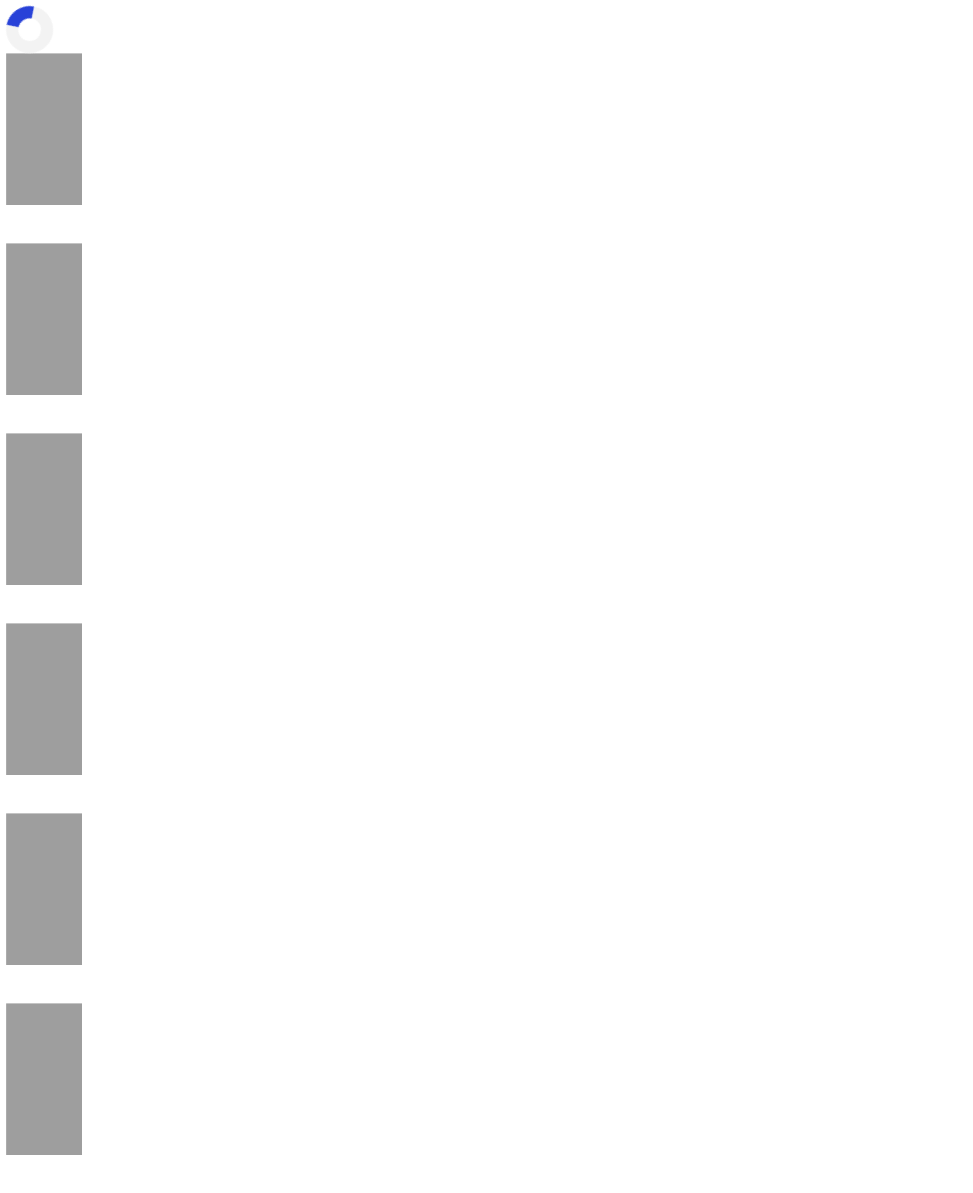
Repository: 1166544/c-toural
Page: packages/test.html
The author's editor kept a copy of each file at every save. The page is drawn from the files as they stood at one save, then again after a run of saves.
The browser window is 1280 px wide. The pictures show the whole page, at 76% of full size.
Pictures or frames that could not be fetched are drawn as grey boxes.

Above is the page before, as saved 2021-01-04 11:26:21.

### packages/test.html
<!DOCTYPE html>

<head>
    <meta charset="UTF-8">
    <title>xxds</title>
    <style>
        .image-item {
            display: block;
            margin-bottom: 50px;
            height: 200px;
            width: 100px;
        }
        .rotate-animate {
            border: 16px solid #f3f3f3;
            border-radius: 50%;
            border-top: 16px solid #2842d8;
            width: 30px;
            height: 30px;
            animation: rotate 3s linear infinite;
        }
        .rotate-animate .fill-color {
            margin-left: 20px;
            border-color: #2842d8 #d1b516 #cf4928 #27c965;
        }
        @keyframes rotate {
            0% {
                transform: rotate(0deg);
            }
            100% {
                transform: rotate(360deg);
            }
        }
    </style>
</head>

<body>
    <div class="rotate-animate"></div>
    <!-- <div class="rotate-animate fill-color"></div> -->
    <img src="" class="image-item" lazyload="true" data-original="https://box.bdimg.com/static/fisp_static/common/img/searchbox/logo_news_276_88_1f9876a.png">
    <img src="" class="image-item" lazyload="true" data-original="https://box.bdimg.com/static/fisp_static/common/img/searchbox/logo_news_276_88_1f9876a.png">
    <img src="" class="image-item" lazyload="true" data-original="https://box.bdimg.com/static/fisp_static/common/img/searchbox/logo_news_276_88_1f9876a.png">
    <img src="" class="image-item" lazyload="true" data-original="https://box.bdimg.com/static/fisp_static/common/img/searchbox/logo_news_276_88_1f9876a.png">
    <img src="" class="image-item" lazyload="true" data-original="https://box.bdimg.com/static/fisp_static/common/img/searchbox/logo_news_276_88_1f9876a.png">
    <img src="" class="image-item" lazyload="true" data-original="https://box.bdimg.com/static/fisp_static/common/img/searchbox/logo_news_276_88_1f9876a.png">
    <script>
        // 获取可视区高度
        var viewHeight = document.documentElement.clientHeight;

        function lazyload() {
            var eles = document.querySelectorAll('img[data-original][lazyload]');
            Array.prototype.forEach.call(eles, function(item, index) {
                var rect;
                if (item.dataset.original) {
                    // 用户获得页面中某个元素左、上、右、下分别相关浏览器视窗的位置
                    rect = item.getBoundingClientRect();

                    if (rect.bottom >= 0 && rect.top < viewHeight) {
                        var img = new Image();
                        img.src = item.dataset.original;
                        img.onload = function() {
                                item.src = img.src;
                            }
                            // 移除属性，下次不再遍历
                        item.removeAttribute('data-original');
                        item.removeAttribute('lazyload');
                    }
                }

            });
        }

        // 开始未滚动时，要先触发一次，初始化首页页面图片
        lazyload();
        document.addEventListener('scroll', lazyload);
    </script>
</body>

</html>

After the next 2 saves:
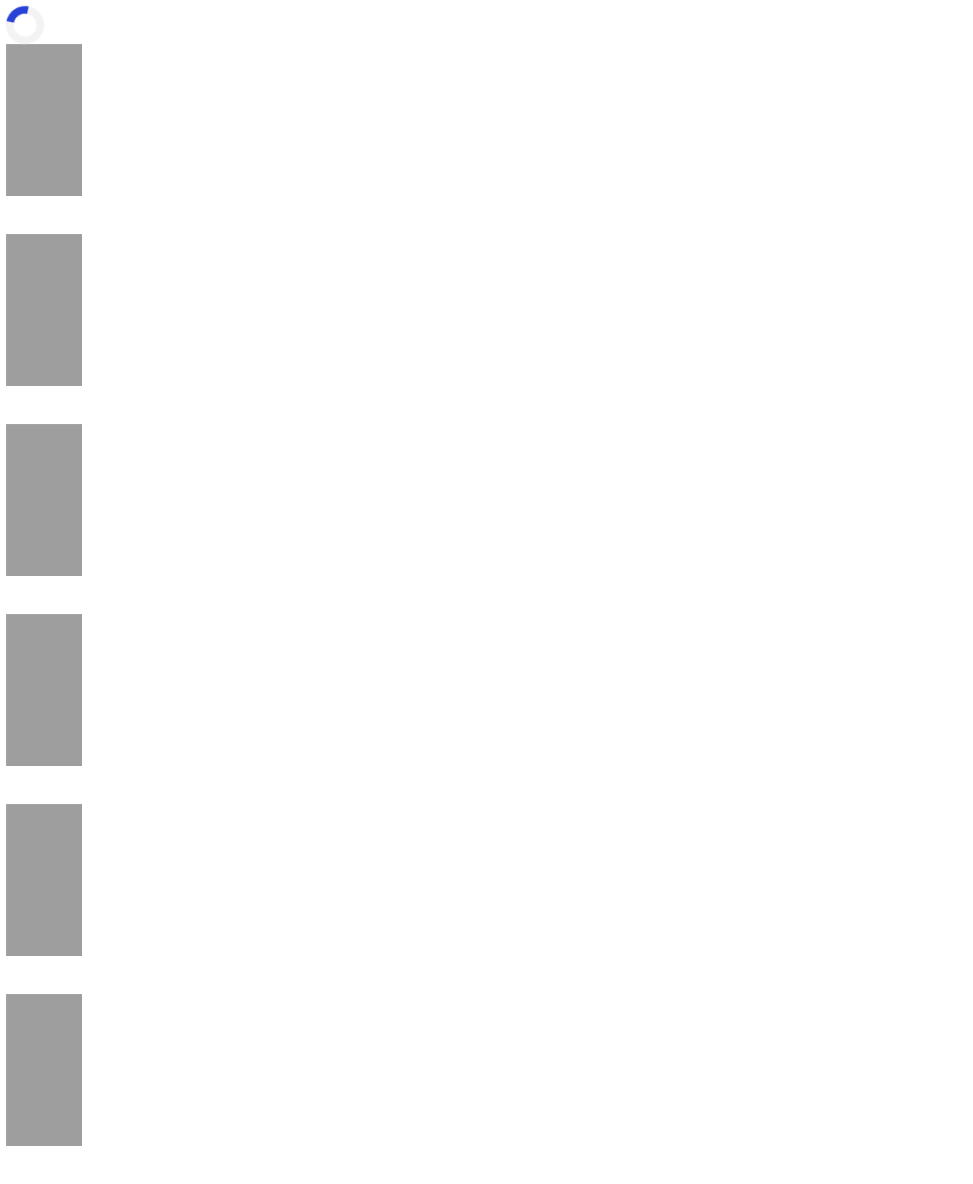
The 2 saves are shown as one change because they came seconds apart.
The last was saved 13 s later.
--- a/packages/test.html
+++ b/packages/test.html
@@ -11,9 +11,9 @@
             width: 100px;
         }
         .rotate-animate {
-            border: 16px solid #f3f3f3;
+            border: 10px solid #f3f3f3;
             border-radius: 50%;
-            border-top: 16px solid #2842d8;
+            border-top: 10px solid #2842d8;
             width: 30px;
             height: 30px;
             animation: rotate 3s linear infinite;
